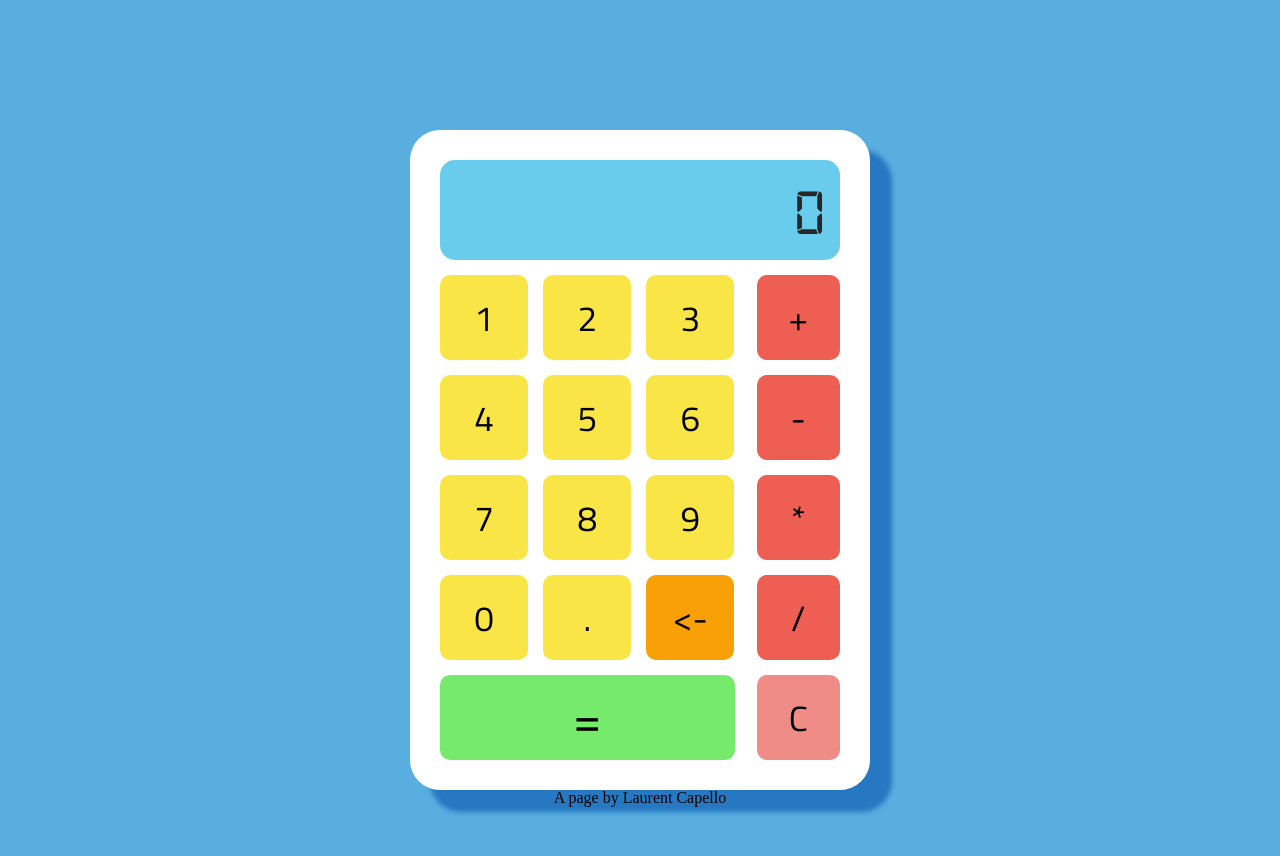
Repository: sokafootball/js-calculator
Page: index.html
The author's editor kept a copy of each file at every save. The page is drawn from the files as they stood at one save, then again after the next save.
The browser window is 1280 px wide. The pictures show the whole page.

Above is the page before, as saved 2020-05-07 19:03:09.

### index.html
<html>
<head>
  <title>Javascript Calculator - By Laurent Capello</title>
  <link rel="stylesheet" type="text/css" href="reset.css">
  <link rel="stylesheet" type="text/css" href="style.css">
  <!--<link rel="stylesheet" type="text/css" href="wireframe.css">-->
  <link href="https://fonts.googleapis.com/css2?family=Barlow:wght@300&display=swap" rel="stylesheet">
  <link href="https://fonts.googleapis.com/css2?family=Titillium+Web&display=swap" rel="stylesheet">
</head>
<body>
<main id="main">
  <div id="calculator">
    <p id="display">0</p>
    <div id="numpad">
      <button class="button num-button">1</button>
      <button class="button num-button">2</button>
      <button class="button num-button">3</button>
      <button class="button num-button">4</button>
      <button class="button num-button">5</button>
      <button class="button num-button">6</button>
      <button class="button num-button">7</button>
      <button class="button num-button">8</button>
      <button class="button num-button">9</button>
      <button class="button num-button">0</button>
      <button id="decimal-button" class="button">.</button>
      <button id="backspace" class="button"><-</button>
    </div>
    <button id="equal-button" class="button">=</button>
    <div id="operators">
      <button class="button operation-button">+</button>
      <button class="button operation-button">-</button>
      <button class="button operation-button">*</button>
      <button class="button operation-button">/</button>
    </div>
    <button id="clear-button" class="button">C</button>
  </div>
</main>
<footer id="footer">
  <p>A page by <span id="signature">Laurent Capello</span></p>
</footer>
<div id="hidden-element" class="display-full" style="display: none"></div>
<script type="text/javascript" src="script.js"></script>
</body>
</html>

### style.css
@font-face {
  font-family: "calcFont";
  src: url("./fonts/digital-7/digital-7.ttf");
  }

:root {
  --row-gap: 15px;
}

body{
  align-items: center;
  background-color: hsl(202, 68%, 61%);
  display: flex;
  flex-direction: column;
  justify-content: space-between;
}

button{
  font-family: 'Titillium Web', sans-serif;
  font-size: 35px;
}

.display-full{
  animation-name: display-full;
  animation-duration: 0.3s;
}

#backspace{
  background-color: hsl(38, 95%, 50%);
}

#calculator{
  background-color: white;
  border-radius: 30px;
  box-shadow: 21px 21px 5px 1px hsl(208, 68%, 45%);
  display: grid;
  gap: var(--row-gap) 22px;
  grid-template-areas:
    "display display display display"
    "numpad numpad numpad operators"
    "numpad numpad numpad operators"
    "numpad numpad numpad operators"
    "numpad numpad numpad operators"
    "equal equal equal backspace";
  grid-template-columns: repeat(4, 1fr);
  grid-template-rows: 100px repeat(5, 1fr); /*first row is fixed to stop the border animation from taking space from other rows*/
  height: 600px;
  margin-top: 130px;
  padding: 30px;
  width: 400px;
}

#calculator button{
  border-radius: 10px;
  border-width: 0px;
  outline: none;
}

#calc-top{
  margin-bottom: 40px;
}

#clear-button{
  background-color: hsl(4, 77%, 73%);

}

#display{
  background-color: hsl(195, 78%, 67%);
  border-radius: 15px;
  border-width: 0px;
  color: #272727;
  font-family: 'calcFont', sans-serif;
  font-size: 65px;
  grid-area: display;
  line-height: 90px;
  padding-right: 15px;
  text-align: right;
  vertical-align: middle;
}

#equal-button{
  background-color: hsl(115, 76%, 67%);
  font-size: 50px;
  grid-area: equal;
}

#footer{
  margin-bottom: 50px;
}

#numpad{
  display: grid;
  gap: var(--row-gap);
  grid-area: numpad;
  grid-template-columns: repeat(3, 1fr);
  grid-template-rows: repeat(4, 1fr);
}

.num-button, #decimal-button{
  background-color: hsl(53, 95%, 63%);
}

#operators{
  display: grid;
  gap: var(--row-gap);
  grid-template-rows: repeat(4, 1fr);
  grid-area: operators;
}

#operators button{
  background-color: hsl(4, 82%, 63%);
  flex-grow: 1;
}

@keyframes display-full{
  0% {border: 1px solid black;}
  50% {
    border: 2px solid red;
    box-shadow: 0px 0px 6px 1px red;
    line-height: 86px;
    padding-right: 13px;
  }
  100% {border: 1px solid black;}
}

### script.js
/*
CODE BY LAURENT CAPELLO
*/

//#region STARTUP
const MAX_DISPLAY_LENGTH = 12
const MAX_DECIMALS = 3
const EXPONENTIAL_NOTATION_DIGITS = MAX_DISPLAY_LENGTH - 4 //4 digits are reserved for the exponential notation and the dot
let display = document.querySelector(`#display`)
let overwriteIsOn = true
let operation = null, operand1 = null, operand2 = null

addFunctionsToBtns()

function addFunctionsToBtns(){
	let numButtons = document.querySelectorAll(`.num-button`)
	numButtons = Array.from(numButtons)
	numButtons.forEach(button => {
		button.addEventListener(`click`, () => pressNumBtn(button.innerText))
	});

	let opButtons = document.querySelectorAll(`.operation-button`)
	opButtons = Array.from(opButtons)
	opButtons.forEach(button => {
		button.addEventListener(`click`, () => pressOperationBtn(button.innerText))
	});

	let equalButton = document.querySelector(`#equal-button`)
	equalButton.addEventListener(`click`, pressEqualBtn)

	let clearButton = document.querySelector(`#clear-button`)
	clearButton.addEventListener(`click`, pressClearBtn)

	let bckSpaceBtn = document.querySelector(`#backspace`)
	bckSpaceBtn.addEventListener(`click`, pressBackspaceBtn)

	let decimalBtn = document.querySelector(`#decimal-button`)
	decimalBtn.addEventListener(`click`, pressDecimalBtn)

	document.onkeydown = (e) => filterKeyPress(e)
}

function filterKeyPress(e){
	console.log(`key pressed`)
	if (e.which <= 105 && e.which >= 96){
		pressNumBtn(Number(e.key))
	} else if (e.which == 106 || e.which == 107 || e.which == 109 || e.which == 111) {
		pressOperationBtn(e.key)
	} else if (e.which == 13){
		pressEqualBtn()
	} else if (e.which == 110){
		pressDecimalBtn()
	} else if (e.which == 8){
		pressBackspaceBtn()
	}
}
//#endregion

//#region SUPPORT FUNCTIONS
function clear(){
	display.innerText = `0`
	operation = null
	operand1 = null
	operand2 = null
	overwriteIsOn = true
}

function displayNumber(num){
	if(num == 0 && display.innerText == `0`) return
  if(overwriteIsOn){
		if(num == `.`){
			display.innerText += num
		}else{
			display.innerText = num
		}
		overwriteIsOn = false
	}else{
		if(display.innerText.length >= MAX_DISPLAY_LENGTH){
			animateDisplay()
			return
		}
		display.innerText += num
	}
}

function displayResult(){
	operand1 = operate(operation, operand1, operand2)
	operand2 = null
	display.innerText = truncateIntegers(operand1)

}

function saveNumber(){
	if(operation == null)
		operand1 =  Number(display.innerText)
	else operand2 =  Number(display.innerText)
}

function saveOperation(operationSign){
	operation = operationSign
	overwriteIsOn = true
}

function truncateDecimals(num){
	if((num % 1).toString().length > MAX_DECIMALS) return Number(num).toFixed(MAX_DECIMALS)
	return num
}

function truncateIntegers(num){
	if(num.toString().length <= MAX_DISPLAY_LENGTH) return num
	return num.toExponential(EXPONENTIAL_NOTATION_DIGITS)
}
//#endregion

//#region BUTTONS FUNCTIONS
function pressBackspaceBtn(){
	if(display.innerText.length == 1){
		display.innerText = `0`
	}else{
		let displayArray = Array.from(display.innerText)
		displayArray.pop()
		display.innerText = displayArray.join(``)
	}
	saveNumber()
}

function pressDecimalBtn(){
	if (display.innerText.includes(`.`)) return
	displayNumber(`.`)
	saveNumber()
}

function pressClearBtn(){
	clear()
}

function pressEqualBtn(){
	if(operand1 != null && operand2 != null){
		displayResult()
		operation = null
		overwriteIsOn = true
		operand2 = null
	}else{
		operation = null
		overwriteIsOn = true
		operand2 = null
		display.innerText = operand1 == null ? `0` : operand1
	}
}

function pressNumBtn(num){
	displayNumber(Number(num))
	saveNumber()
}

function pressOperationBtn(operationSign){
	if (operation == null){
		saveOperation(operationSign)
	}else{
		if(operand1 != null && operand2 != null){
			displayResult()
		}
		saveOperation(operationSign)
	}
}
//#endregion

//#region MATH FUNCTIONS
function operate(operation, a, b){
	let result = null
	switch (operation){
		case `+`:
			operation = add
			break
		case `-`:
			operation = subtract
			break;
		case `*`:
			operation = multiply
			break
		case `/`:
			operation = divide
			break;
		default:
			console.log(`invalid operation`)
			return
	}
	result = Number(operation(a,b))
	result = truncateDecimals(result)
	result = truncateIntegers(result)
  return Number(result)
}

function add (...nums) {
	return nums.reduce((total, num) => {
		return total + num
	}, 0)
}

function subtract (...nums) {
	return nums.reduce((total, num) => {
		return total - num
	})
}

function sum (arr) {
	return add(...arr)
}

function divide (...nums){
	if (nums[1] == 0){
		console.log(`you can't divide by 0!`)
		clear()
		return 0
	}
	return nums.reduce((total, num) => total / num
	)
}

function multiply (...nums) {
	return nums.reduce((total, num) => {
		return total * num
	})
}
//#endregion

//#region DISPLAY ANIMATION FUNCTIONS
function convertDuration(durationString){
	let duration = Number(durationString.replace(`s`, ``))
	return duration * 1000
}

function animateDisplay(){
	let animDurationString = getComputedStyle(document.querySelector(`.display-full`)).animationDuration
	const ANIM_DURATION = convertDuration(animDurationString)
	display.classList.remove(`display-full`)
	display.classList.add(`display-full`)
	setTimeout(() => display.classList.remove(`display-full`), ANIM_DURATION);
}
//#endregion

Loaded but not shown: reset.css (common file)

After the next save:
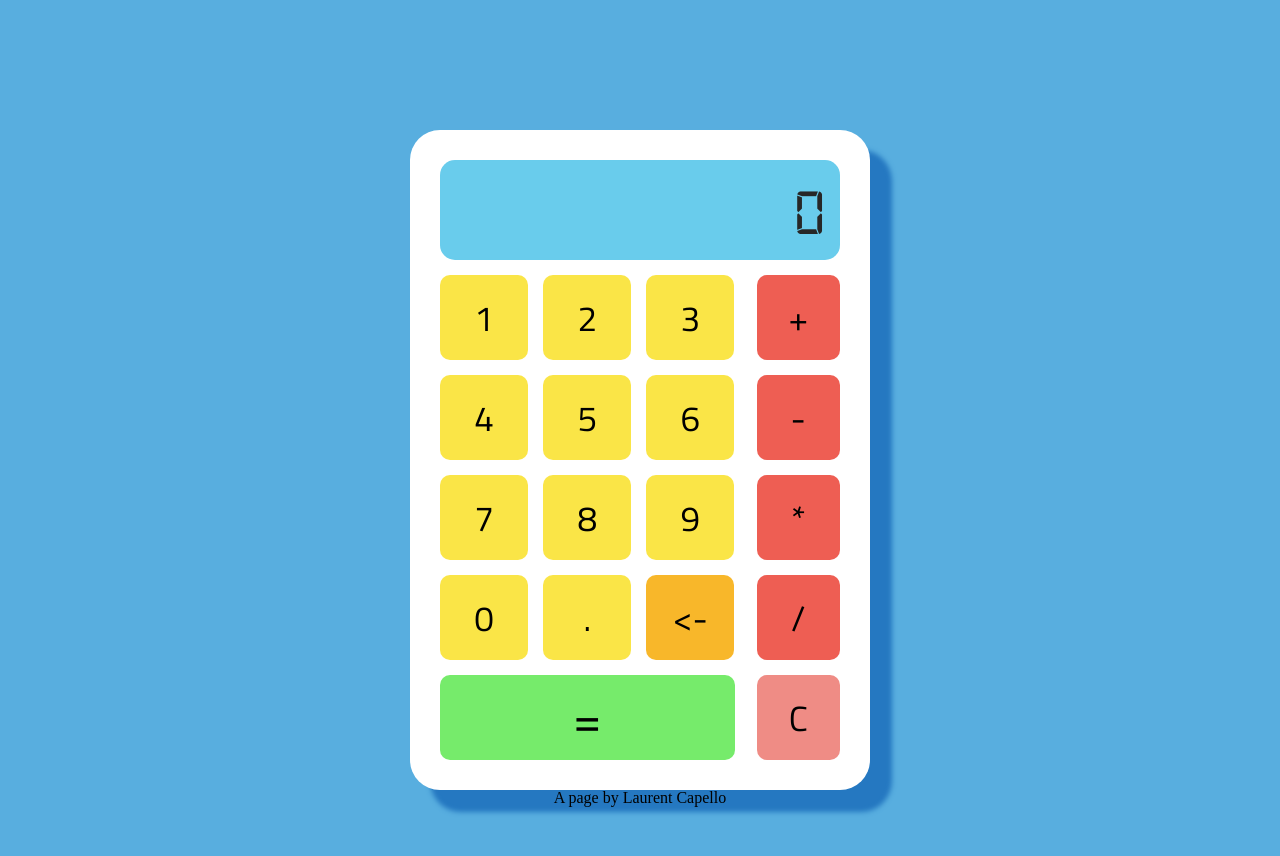
Saved 4 min 33 s later.
--- a/style.css
+++ b/style.css
@@ -26,7 +26,7 @@ button{
 }
 
 #backspace{
-  background-color: hsl(38, 95%, 50%);
+  background-color: hsl(41, 94%, 57%);
 }
 
 #calculator{
